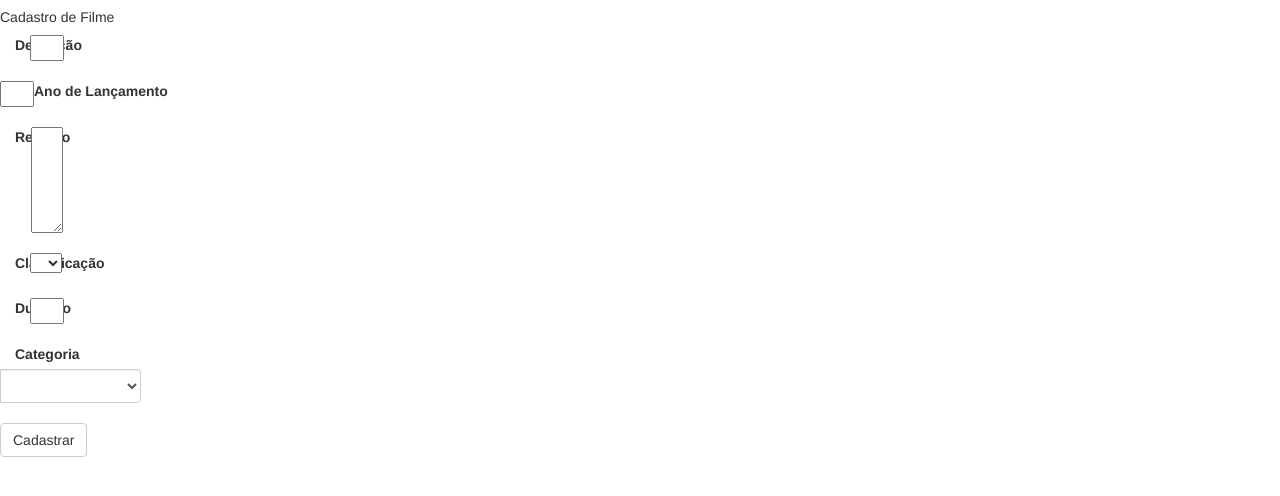
Repository: cadupedrassani/CursoDeJava
Page: Avaliação/BaseAPI/WebApp/src/main/webapp/filme/cadastro.html
An editor plug-in stored every save of this project. The page is shown before and after the next save, followed by the edit.
The browser window is 1280 px wide. The pictures show the whole page.

Above is the page before, as saved 2016-12-06 16:51:05.

After the next save:
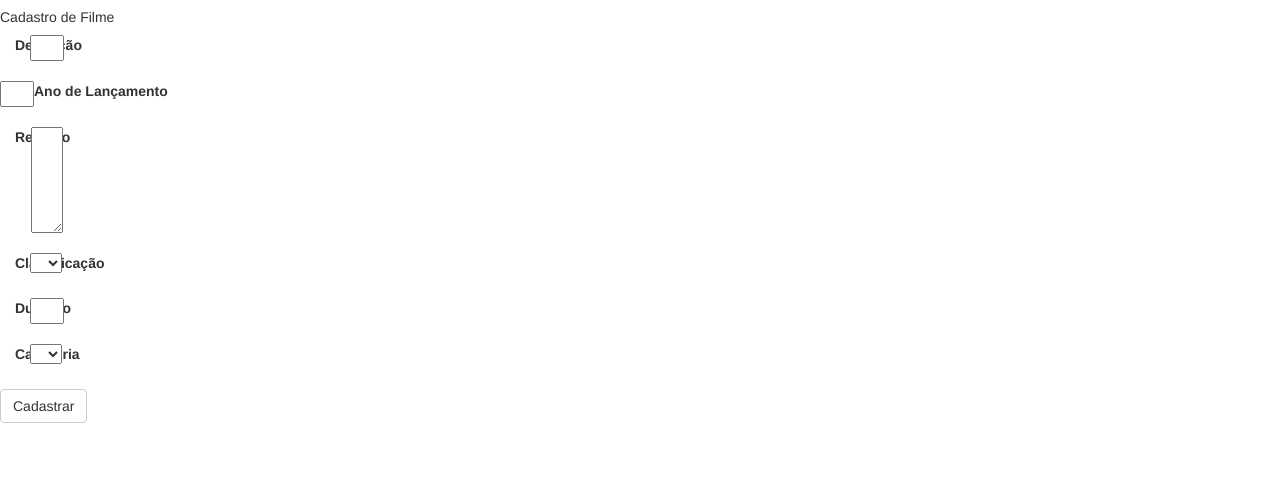
Saved 8 s later.
--- a/Avaliação/BaseAPI/WebApp/src/main/webapp/filme/cadastro.html
+++ b/Avaliação/BaseAPI/WebApp/src/main/webapp/filme/cadastro.html
@@ -57,7 +57,7 @@
 
 <div class="input-group">
 	<label class="control-label col-sm-1">Categoria</label>
-	<select id="categoria-filme" class="form-control"></select>
+	<select id="categoria-filme" class="control-label col-sm-1"></select>
 </div>
 </br>
 
